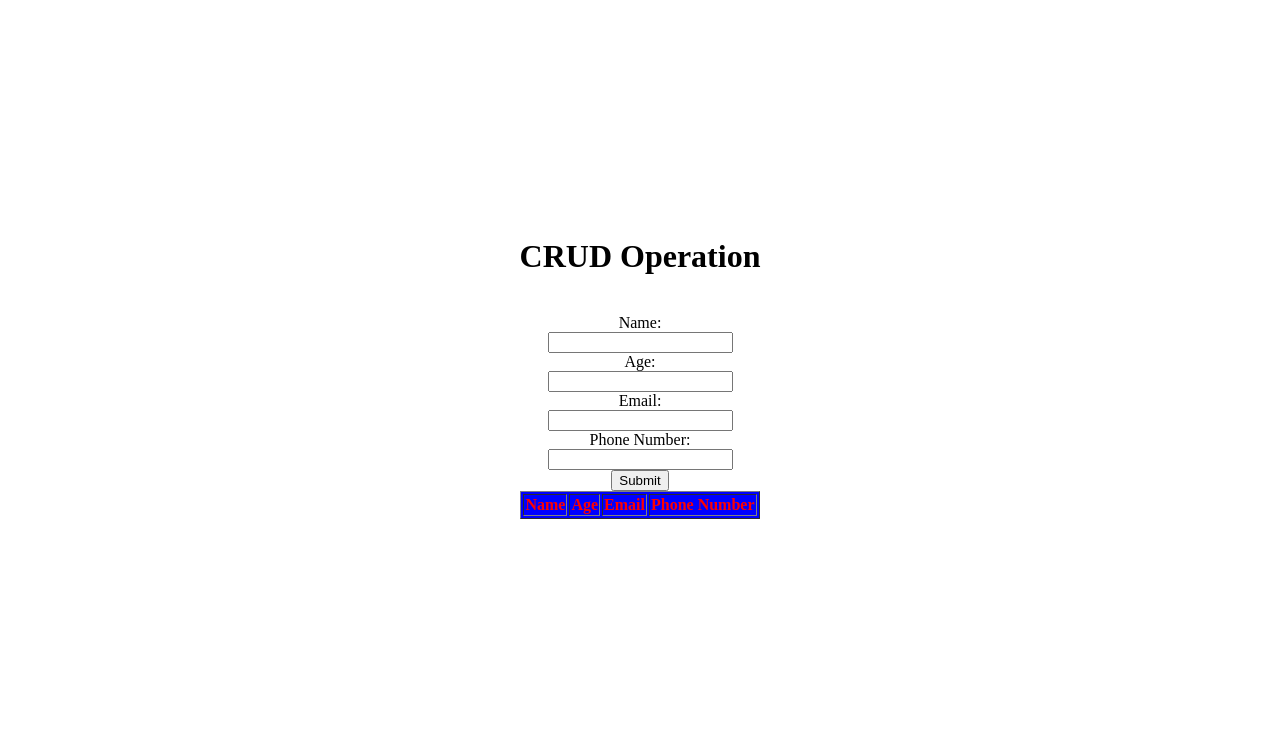
Repository: Josephkennedy603/CRUD-Operation
Page: /
These files come from the project's save history. The page is drawn as it stood at one moment and after the next save; the edit follows.
The browser window is 1280 px wide. The pictures show the whole page.
The page's requests for data from a server got no answer. The project was rebuilt for these pictures with package versions that can differ from the ones it lists, and the page was loaded fresh each time. No one was signed in, and anything a server would have sent is missing. Also part of the build but not shown: src/index.css, src/interview.jsx.

Above is the page before, as saved 2024-03-12 17:08:03.

After the next save:
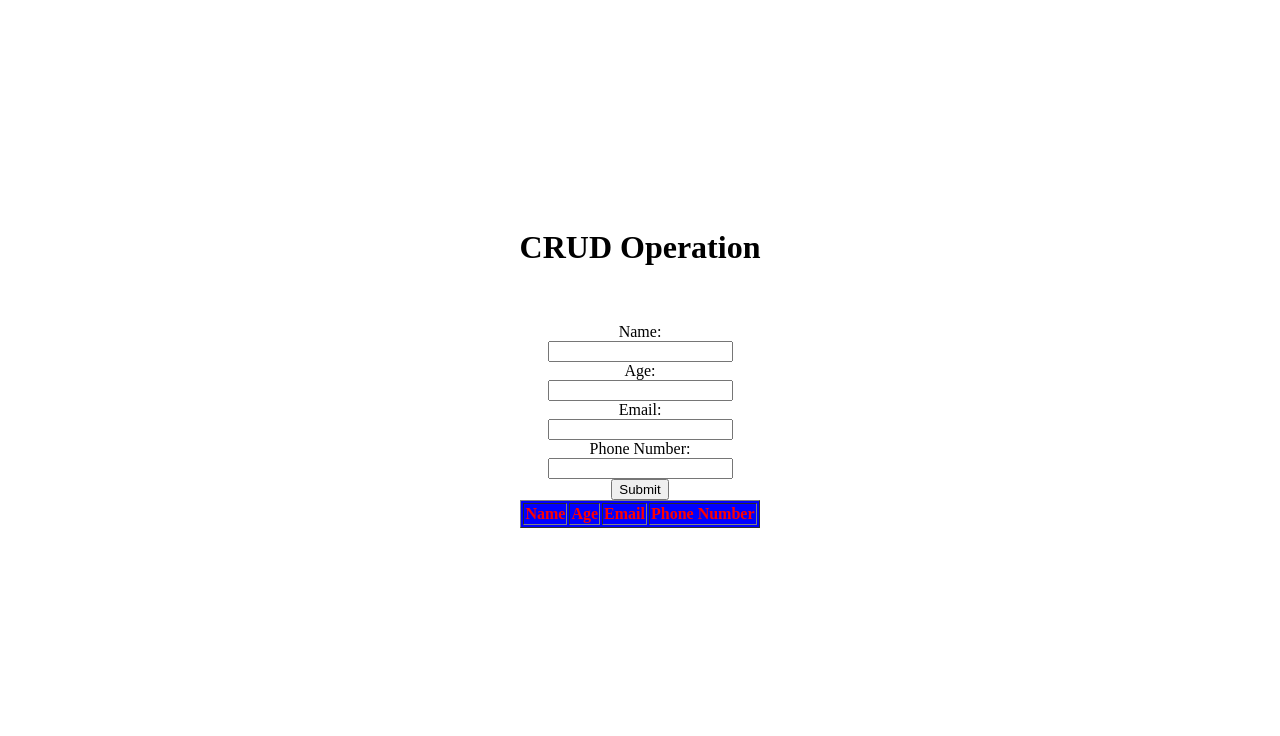
Saved 17 s later.
--- a/src/App.jsx
+++ b/src/App.jsx
@@ -35,7 +35,7 @@ const App = () => {
 console.log(user);
   return(
     <div className='main-container'>
-    <h1>CRUD Operation</h1> <br />
+    <h1>CRUD Operation</h1> <br /> <br />
     {/* <Create  refetchUser={getUsers} /> */}
     <Create/>
 
